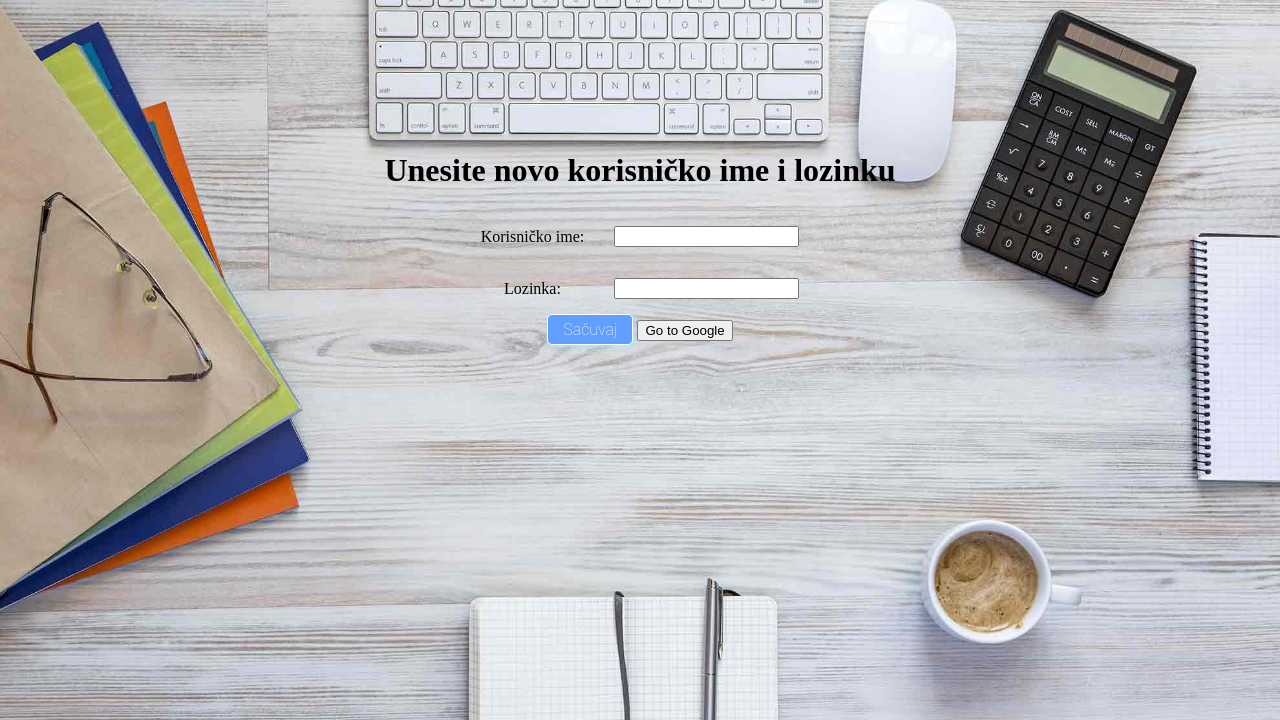
Repository: KristijanPetkovic/java-applet-video-library
Page: Projekti/www.videoteka.com/WebContent/noviKorisnik.html
An editor plug-in stored every save of this project. The page is shown before and after the next save, followed by the edit.
The browser window is 1280 px wide. The pictures show the whole page.

Above is the page before, as saved 2019-01-09 21:36:35.

### Projekti/www.videoteka.com/WebContent/noviKorisnik.html
<!DOCTYPE html>
<html>
	<head>
		<meta http-equiv="content-type" content="text/html; charset=utf-8">
		<title>Otvaranje naloga</title>
		<link rel="stylesheet" href="noviKorisnik.css" >
	</head>
	<body>
		<h1 id="naslov">Unesite novo korisničko ime i lozinku</h1>
		<form action="NoviKorisnikServlet" method="post">
			<table class="center" cellpadding="15px">
				<tr>
					<td>Korisničko ime: </td>
					<td> <input name="ime" type="text"> </td>
				</tr>
				<tr>
					<td>Lozinka: </td>
					<td> <input name="sifra" type="text"> </td>
				</tr>
			</table>
			<input class="color-change" name="sačuvaj" type="submit" value="Sačuvaj">
			<input type="button" onclick="location.href='http://google.com';" value="Go to Google" />
		</form>
	</body>
</html>

### Projekti/www.videoteka.com/WebContent/noviKorisnik.css
#naslov{
    margin-top:12%;
    }
table.center {
    margin-left:auto;
    margin-right:auto;
    cellpadding:15px;
  }
body {
  background: url(poz.jpg);
  background-repeat:no-repeat;
  background-size:cover;
  text-align:center;
  }
table{
	border-color: rgb(0,0,0);

	border-collapse: collapse;
}
th{
	color: rgb(255, 255, 255);
	background: rgb(0, 0, 0);
	collspan: 2;
}
td{
	border-top: 1pt solid silver;
	padding: 10;
}
ttr:nth-child(odd){
	background: rgb(255, 255, 255);
}
tr:hover{
	background: rgb(96, 158, 255);
}
input:focus{
	background-color: rgb(255, 255, 179);
	border-color: rgb(186, 186, 186);
}
.color-change {
  border-radius: 5px;
  font-size: 20px;
  padding: 5px 15px;
  cursor: pointer;
  color: #fff;
  background-color: rgb(96, 158, 255);
  font-size: 1rem;
  font-family: 'Roboto';
  font-weight: 100;
  border: 1px solid #fff;
  box-shadow: 2px 2px 5px #AFE9FF;
  transition-duration: 0.5s;
  -webkit-transition-duration: 0.5s;
  -moz-transition-duration: 0.5s;
}
.color-change:hover {
  color: #006398;
  border: 1px solid #006398;
  box-shadow: 2px 2px 20px #AFE9FF;
}

button.color-change {
  -webkit-appearance: none;
  -moz-appearance: none;
}

After the next save:
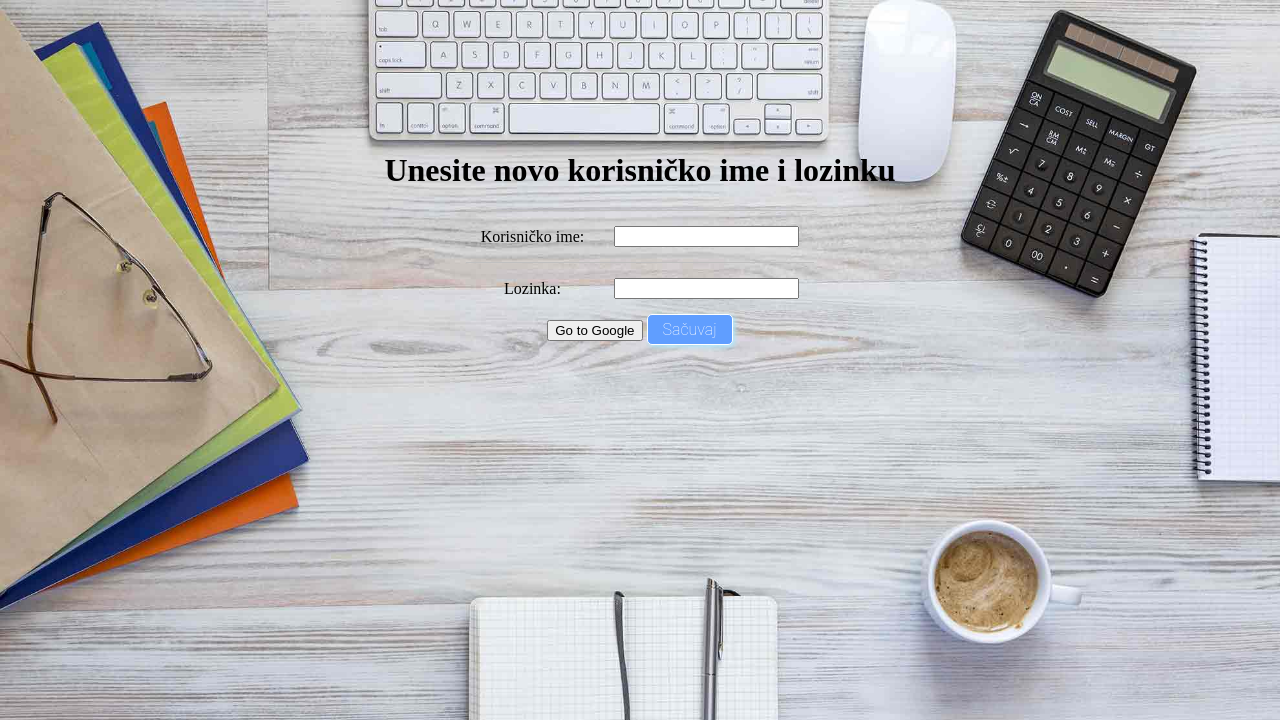
Saved 25 s later.
--- a/Projekti/www.videoteka.com/WebContent/noviKorisnik.html
+++ b/Projekti/www.videoteka.com/WebContent/noviKorisnik.html
@@ -18,8 +18,8 @@
 					<td> <input name="sifra" type="text"> </td>
 				</tr>
 			</table>
+			<input type="button" onclick="location.href='logovanje.html';" value="Go to Google" />
 			<input class="color-change" name="sačuvaj" type="submit" value="Sačuvaj">
-			<input type="button" onclick="location.href='http://google.com';" value="Go to Google" />
 		</form>
 	</body>
 </html>
